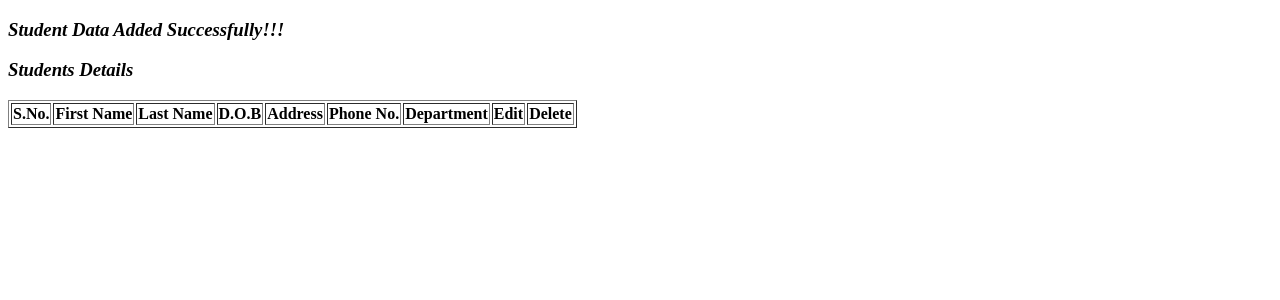
Repository: shubhamsingh331/Learners_Academy
Page: http://localhost/LearnersAcademy/Students/AddSuccessfull.jsp
These files come from the project's save history. The page is drawn as it stood at one moment and after the next save; the edit follows.
The browser window is 1280 px wide. The pictures show the whole page.
The page is served by Tomcat 9. Queries for data that is not in the repository find no rows.

Above is the page before, as saved 2023-10-11 09:51:12.

After the next save:
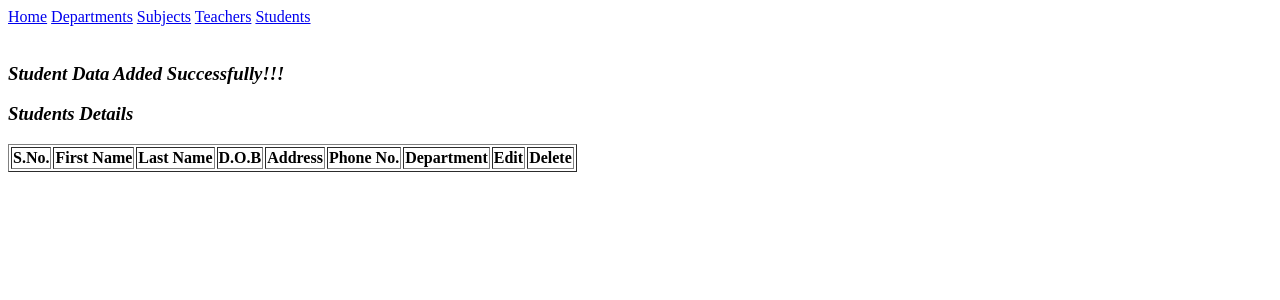
Saved 28 s later.
--- a/LearnersAcademy/src/main/webapp/Students/AddSuccessfull.jsp
+++ b/LearnersAcademy/src/main/webapp/Students/AddSuccessfull.jsp
@@ -7,6 +7,13 @@
 <title>Insert title here</title>
 </head>
 <body>
+<div class="topnav">
+  <a class="active" href="../Homepage.jsp">Home</a>
+  <a href="../Department/Department.jsp">Departments</a>
+  <a href="../Subjects/Subject.jsp">Subjects</a>
+  <a href="../Teachers/Teachers.jsp">Teachers</a>
+  <a href="Students.jsp">Students</a>
+</div><br>
 <h3><i>Student Data Added Successfully!!!</i></h3>
 <%@include file="display.jsp" %>
 </body>
